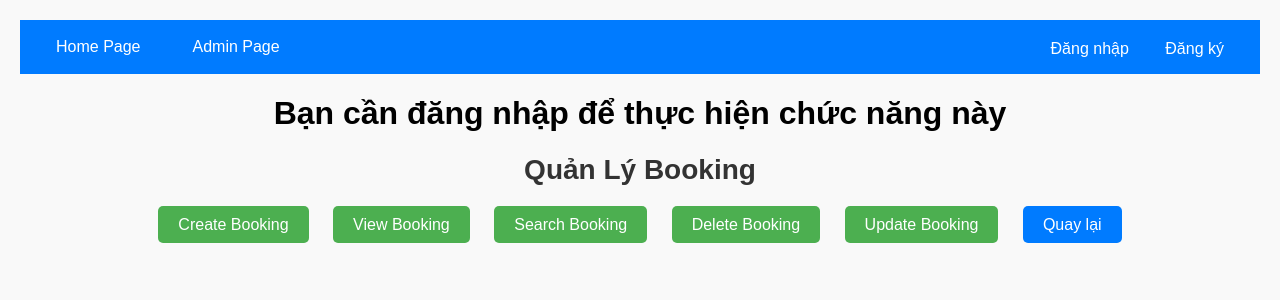
Repository: Loc2804/LTM
Page: http://localhost/RestaurantProject/Index_booking.jsp
The author's editor kept a copy of each file at every save. The page is drawn from the files as they stood at one save, then again after a run of saves.
The browser window is 1280 px wide. The pictures show the whole page.
The page is served by Tomcat 10. Other server files are loaded and not shown.

Above is the page before, as saved 2024-12-12 11:13:11.

### RestaurantProject/src/main/webapp/Index_booking.jsp
<%@ page language="java" contentType="text/html; charset=UTF-8" pageEncoding="UTF-8"%>
<%@page import="Model.BEAN.User"%>
<!DOCTYPE html>
<html lang="vi">
<head>
    <meta charset="UTF-8">
    <meta name="viewport" content="width=device-width, initial-scale=1.0">
    <title>Quản Lý Booking</title>
    <style>
        body {
            font-family: Arial, sans-serif;
            background-color: #f9f9f9;
            margin: 0;
            padding: 20px;
        }
        .header {
            text-align: center;
            margin-bottom: 30px;
        }
        .header h1 {
            font-size: 28px;
            color: #333;
        }
        .button-container {
            text-align: center;
            margin-bottom: 20px;
        }
        .button {
            background-color: #4CAF50;
            color: white;
            padding: 10px 20px;
            margin: 10px;
            font-size: 16px;
            border: none;
            border-radius: 5px;
            cursor: pointer;
            text-decoration: none;
        }
        .button:hover {
            background-color: #45a049;
        }
        h1{
    	text-align: center;
    }
    .navbar {
        background-color: #007BFF; /* Màu xanh chủ đạo */
        overflow: hidden;
        display: flex;
        justify-content: space-between;
        padding: 10px 20px;
    }
    .navbar a {
        color: white;
        text-decoration: none;
        padding: 8px 16px;
        font-size: 16px;
    }
    .navbar a:hover {
        background-color: #0056b3; /* Màu xanh đậm hơn khi hover */
        border-radius: 4px;
    }
    .links {
        display: flex;
        gap: 20px;
    }
    .content {
        margin: 20px;
    }
    .content a {
        display: inline-block;
        background-color: #007BFF; /* Màu nền xanh chủ đạo */
        color: white;
        text-decoration: none;
        padding: 10px 20px;
        border-radius: 5px;
        margin: 5px 0;
        font-size: 18px;
    }
    .content a:hover {
        background-color: #0056b3; /* Màu nền xanh đậm hơn khi hover */
    }
    .btn-logout {
        background-color: #007BFF; /* Màu nền xanh chủ đạo */
        color: white; /* Màu chữ */
        text-decoration: none;
        padding: 10px 20px; /* Khoảng cách bên trong */
        border: none; /* Bỏ viền */
        border-radius: 5px; /* Bo góc */
        font-size: 18px; /* Kích thước chữ */
        cursor: pointer;
    }

    .btn-logout:hover {
        background-color: #0056b3;
    }

    .btn-logout:focus {
        outline: none; /* Bỏ viền focus mặc định */
    }
    .group-btn{
    	margin-top:10px;
    }
    .welcome-user{
    	display: flex;
    	gap:20px;
    }
    .welcome-user span{
	color: white;
	margin-top:7px;
	font-size: 20px;
    </style>
</head>
<body>
<%
        	User user = (User) session.getAttribute("user");
        	if(user == null || user.getRole() == null){
        %>
      <div class="navbar">
       <div class="links">
           <a href="WelcomeUser.jsp">Home Page</a>
           <a href="WelcomeAdmin.jsp">Admin Page</a>
       </div>
        <div class="group-btn">
            <a href="Login.jsp">Đăng nhập</a>
            <a href="Register.jsp">Đăng ký</a>
        </div>
     </div>
     <div class="content">
       	<h1>Bạn cần đăng nhập để thực hiện chức năng này</h1>
   	</div>
        <% }
        	else{
        %>
        <div class="navbar">
	       <div class="links">
	           <a href="WelcomeUser.jsp">Home Page</a>
	           <a href="WelcomeAdmin.jsp">Admin Page</a>
	       </div>
	        <form action="AuthController" method="post">
	        	<div class="welcome-user">
	        		<span>Xin chào, <%=user.getFullName() %></span>
	            	<button class="btn-logout" type="submit">Đăng xuất</button>
	            	<input  type="hidden" value="logout" name="action">
	        	</div>
	        </form>
        </div>
        <%
        	}
        %>
    <div class="header">
        <h1>Quản Lý Booking</h1>
    </div>

    <div class="button-container">
        <!-- Nút Create Booking -->
        <a href="BookingController?action=create" class="button">Create Booking</a>
        <!-- Nút View Booking -->
        <a href="BookingController?action=view" class="button">View Booking</a>
        <!-- Nút Search Booking -->
        <a href="BookingController?action=search" class="button">Search Booking</a>
        <!-- Nút Delete Booking -->
        <a href="BookingController?action=delete" class="button">Delete Booking</a>
        <!-- Nút Update Booking -->
        <a href="BookingController?action=update" class="button">Update Booking</a>
        <!-- Nút Quay Lại -->
        <a href="home.jsp" class="button" style="background-color: #007BFF;">Quay lại</a>
    </div>

</body>
</html>

After the next 2 saves:
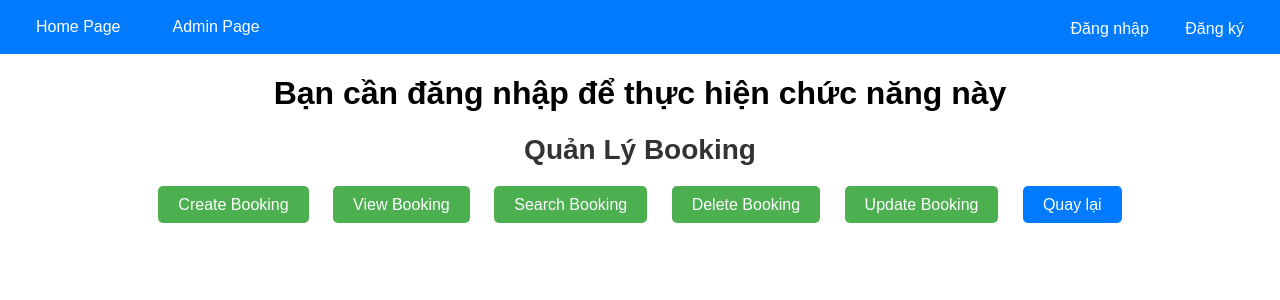
The 2 saves are shown as one change because they came seconds apart.
The last was saved 47 s later.
--- a/RestaurantProject/src/main/webapp/Index_booking.jsp
+++ b/RestaurantProject/src/main/webapp/Index_booking.jsp
@@ -8,10 +8,9 @@
     <title>Quản Lý Booking</title>
     <style>
         body {
-            font-family: Arial, sans-serif;
-            background-color: #f9f9f9;
-            margin: 0;
-            padding: 20px;
+           font-family: Arial, sans-serif;
+	        margin: 0;
+	        padding: 0;
         }
         .header {
             text-align: center;
